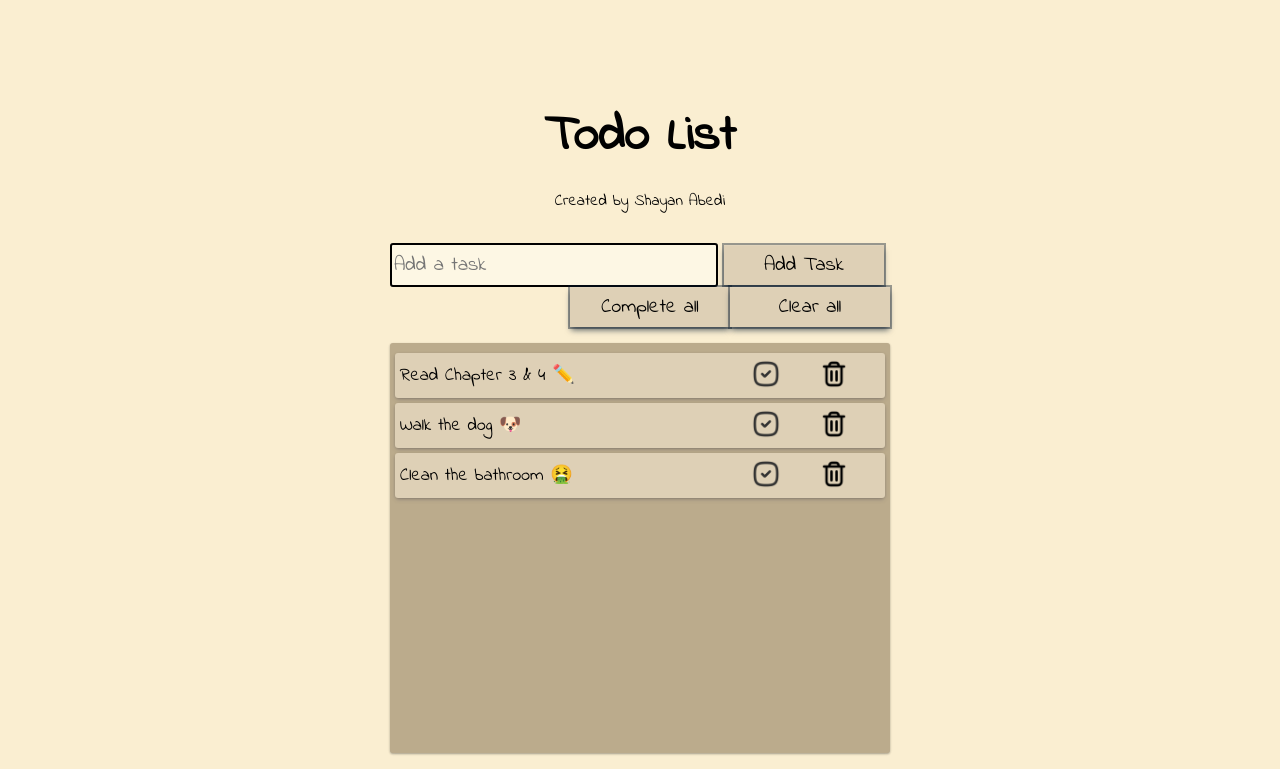
Repository: shayanabedi98/todo-list
Page: /
The author's editor kept a copy of each file at every save. The page is drawn from the files as they stood at one save, then again after the next save.
The browser window is 1280 px wide. The pictures show the whole page.
The project was rebuilt for these pictures with package versions that can differ from the ones it lists, and the page was loaded fresh each time. Also part of the build but not shown: vite.config.js.

Above is the page before, as saved 2023-12-30 17:07:46.

### index.html
<!doctype html>
<html lang="en">
  <head>
    <meta charset="UTF-8" />
    <link rel="icon" type="image/svg+xml" href="./src/assets/pencil-svgrepo-com.png" />
    <meta name="viewport" content="width=device-width, initial-scale=1.0" />
    <link rel="preconnect" href="https://fonts.googleapis.com">
    <link rel="preconnect" href="https://fonts.gstatic.com" crossorigin>
    <link href="https://fonts.googleapis.com/css2?family=Indie+Flower&display=swap" rel="stylesheet">
    <title>Todo List</title>
  </head>
  <body>
    <div id="root"></div>
    <script type="module" src="/src/main.jsx"></script>
  </body>
</html>

### src/App.jsx
import { useState } from "react";
import { v4 as uuid } from "uuid";
import TodoList from "./TodoList";
import CreateTask from "./CreateTask";
import AffectAll from "./AffectAll";

function App() {
  const [list, setList] = useState([
    { id: uuid(), text: "Read Chapter 3 & 4 ✏️", completed: false },
    { id: uuid(), text: "Walk the dog 🐶", completed: false },
    { id: uuid(), text: "Clean the bathroom 🤮", completed: false },
  ]);
  const [input, setInput] = useState("");

  const addTask = () => {
    if (input.trim() !== "") {
      setList([...list, { id: uuid(), text: input, completed: false }]);
      setInput("");
    }
  };

  const handleChange = (event) => {
    setInput(event.target.value);
  };

  const handleDelete = (taskID) => {
    const newList = list.filter((task) => {
      return task.id !== taskID;
    });
    setList(newList);
  };

  const handleComplete = (taskID) => {
    const newList = list.map((task) => {
      if (task.id === taskID) {
        return { ...task, completed: !task.completed };
      } else {
        return task;
      }
    });
    setList(newList);
  };

  const clearAll = () => {
    setList([]);
  };

  const completeAll = () => {
    const isItCompleted = list.some((task) => !task.completed);
    const newList = list.map((task) => ({ ...task, completed: isItCompleted }));
    setList(newList)
  };

  return (
    <>
      <h1>Todo List</h1>
      <p>Created by Shayan Abedi</p>
      <CreateTask handleChange={handleChange} input={input} addTask={addTask} />
      <AffectAll clearAll={clearAll} completeAll={completeAll} />
      <TodoList
        list={list}
        handleDelete={handleDelete}
        handleComplete={handleComplete}
      />
    </>
  );
}

export default App;

### src/index.css
body {
  background-color: #FAEED1;
  font-family: 'Indie Flower', cursive;
}

h1 {
  font-size: 50px;
  margin-top: 100px;
  margin-bottom: 0;
  text-align: center;
}

.create-task {
  display: grid;
  place-items: center;
  align-content: center;
  grid-template-columns: 1fr 1fr;
  margin: 30px auto 0 auto;
}

.create-task input {
  background-color: #FDF7E4;
  border: 2px solid black;
  border-radius: 3px;
  font-size: 20px;
  height: 38px;
  width: 320px;
  font-family: 'Indie Flower', cursive;
}

.create-task button {
  background-color: #DED0B6;
  border: none;
  font-family: 'Indie Flower', cursive;
  height: 40px;
  width: 160px;
  font-size: 20px;
  box-shadow: rgba(6, 24, 44, 0.4) 0px 0px 0px 2px, rgba(6, 24, 44, 0.65) 0px 4px 6px -1px, rgba(255, 255, 255, 0.08) 0px 1px 0px inset;
  cursor: pointer;
}

.affect-all {
  text-align: end;
}

.affect-all button {
  background-color: #DED0B6;
  border: none;
  font-family: 'Indie Flower', cursive;
  height: 40px;
  width: 160px;
  font-size: 20px;
  box-shadow: rgba(6, 24, 44, 0.4) 0px 0px 0px 2px, rgba(6, 24, 44, 0.65) 0px 4px 6px -1px, rgba(255, 255, 255, 0.08) 0px 1px 0px inset;
  cursor: pointer;
}

.list ul {
 padding: 5px;
 box-shadow: rgba(0, 0, 0, 0.12) 0px 1px 3px, rgba(0, 0, 0, 0.24) 0px 1px 2px;
  border-radius: 3px;
  background-color: #BBAB8C;
  min-height: 400px;
}

.list li {
  list-style: none;
  display: grid;
  grid-template-columns: 1fr 0.2fr 0.2fr;
  background-color: #DED0B6;
  margin-top: 5px;
  margin-bottom: 5px;
  padding: 5px;
  box-shadow: rgba(50, 50, 93, 0.25) 0px 2px 5px -1px, rgba(0, 0, 0, 0.3) 0px 1px 3px -1px;
  border-radius: 3px;
  font-size: 18px;
  align-items: center;
}

p, h1, .create-task, .list, .affect-all {
  width: 500px;
  margin-left: auto;
  margin-right: auto;
}

.list button {
  background-color: #DED0B6;
  font-family: 'Indie Flower', cursive;
  height: 35px;
  width: 35px;
  margin: auto 2px;
  cursor: pointer;
  border: none;
  border-radius: 3px;
}

.list img {
  height: 30px;
}

p {
  text-align: center;
}

### src/TodoList.jsx
import React from "react";
import trash from "./assets/trash.png";
import check from "./assets/check.png";

const TodoList = ({ handleComplete, handleDelete, list }) => {
  const completedStyle = (condition) => {
    return condition
      ? {
          color: "grey",
          textDecoration: "line-through",
        }
      : {};
  };

  return (
    <div className="list">
      <ul>
        {list.map((task) => {
          return (
            <li key={task.id}>
              <span style={completedStyle(task.completed)}>{task.text}</span>
              <button id="complete" onClick={() => handleComplete(task.id)}>
                <img src={check} alt="checkmark button"/>
              </button>
              <button id="delete" onClick={() => handleDelete(task.id)}>
                <img src={trash} alt="delete button"/>
              </button>
            </li>
          );
        })}
      </ul>
    </div>
  );
};

export default TodoList;

### src/CreateTask.jsx
import React from "react";

const CreateTask = ({input, addTask, handleChange}) => {
  return (
    <div className="create-task">
      <input
        onKeyDown={(e) => e.key === 'Enter' && addTask()}
        placeholder="Add a task"
        type="text"
        onChange={handleChange}
        value={input}
      />
      <button onClick={addTask}>Add Task</button>
    </div>
  );
};

export default CreateTask;

### src/AffectAll.jsx
import React from "react";

const AffectAll = ({ clearAll, completeAll }) => {
  return (
    <div className="affect-all">
      <button onClick={completeAll}>Complete all</button>
      <button onClick={clearAll}>Clear all</button>
    </div>
  );
};

export default AffectAll;

Loaded but not shown: src/main.jsx (common file)

After the next save:
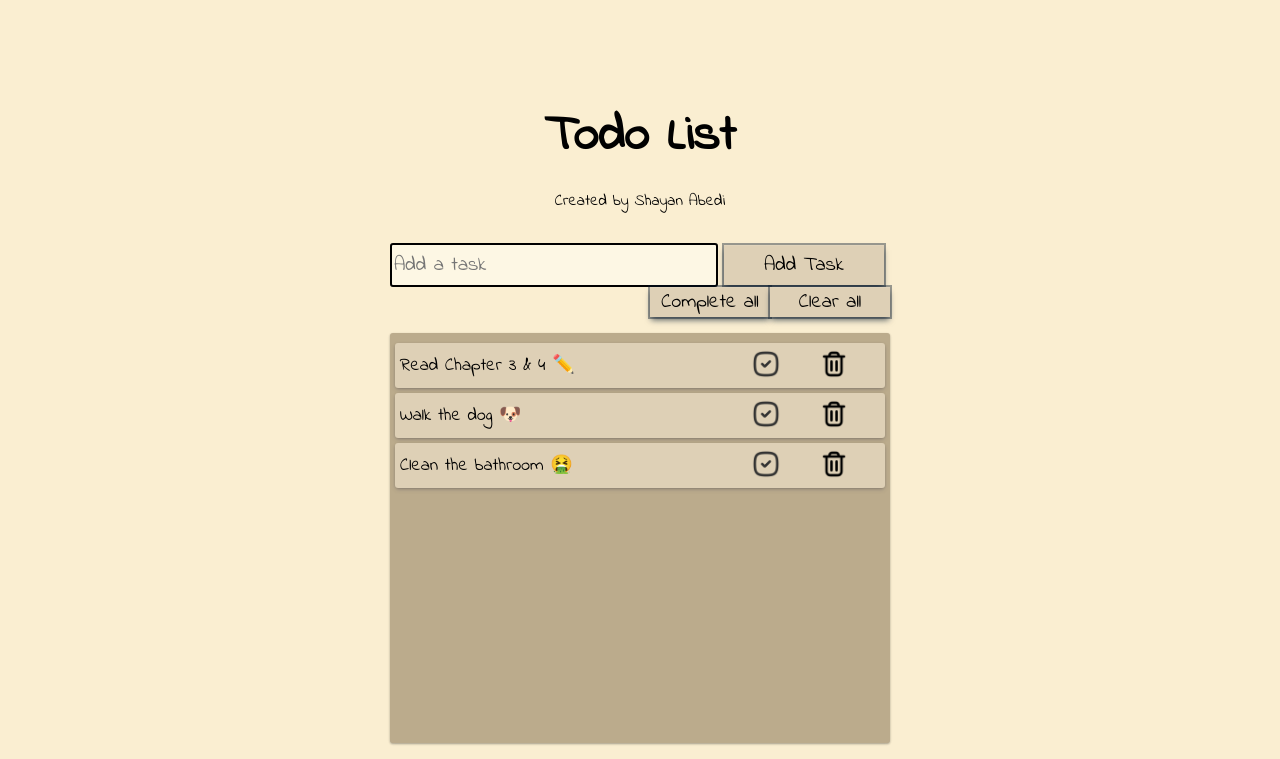
Saved 22 s later.
--- a/src/index.css
+++ b/src/index.css
@@ -47,8 +47,8 @@ h1 {
   background-color: #DED0B6;
   border: none;
   font-family: 'Indie Flower', cursive;
-  height: 40px;
-  width: 160px;
+  height: 30px;
+  width: 120px;
   font-size: 20px;
   box-shadow: rgba(6, 24, 44, 0.4) 0px 0px 0px 2px, rgba(6, 24, 44, 0.65) 0px 4px 6px -1px, rgba(255, 255, 255, 0.08) 0px 1px 0px inset;
   cursor: pointer;
